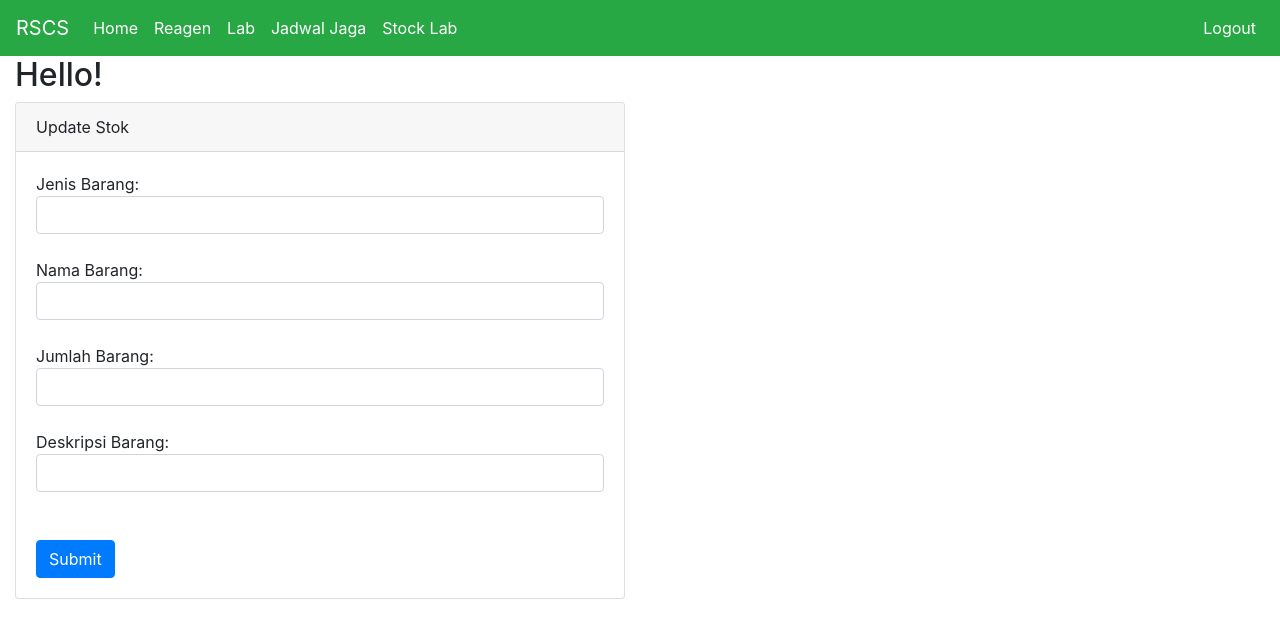
Repository: usamah1707/Tugas-Akhir-Kelompok-6
Page: http://localhost/update-stok
These files come from the project's save history. The page is drawn as it stood at one moment and after the next save; the edit follows.
The browser window is 1280 px wide. The pictures show the whole page.
The page is this project's Thymeleaf template; nobody is signed in. The template is opened directly, without the code that normally fills it, so the values that code supplies are empty.

Above is the page before, as saved 2019-06-04 06:06:40.

### TA_6/src/main/resources/templates/update-stok.html
<!DOCTYPE html>
<html xmlns:th="http://www.thymeleaf.org">

<head>
    <title>Update Stok</title>

    <object th:include="fragments/fragment :: css" th:remove="tag"></object>
    <object th:include="fragments/fragment :: js" th:remove="tag"></object>
</head>

<body>
    <nav th:replace="fragments/fragment :: navbar"></nav>

    <div class="container-fluid">
        <h2>Hello!</h2>
        <div class="row">
            <div class="col-md-6">
                <div class="card">
                    <div class="card-header">
                        Update Stok
                    </div>
                    <div class="card-body">
                        <form th:action="@{/lab/stok/ubah}" th:object="${stok}" method="POST">
                            <input type="hidden" name="id" th:value="${stok.id}" />
                            <!-- <input type="hidden" th:field="*{stok}" /> -->
                           Jenis Barang: <br>
                            <input type="text" th:value="${stok.jenisBarang}" name="jenisBarang" class="form-control"/>
                            <br>
                            Nama Barang: <br>
                            <input type="text" th:value="${stok.namaBarang}" name="namaBarang" class="form-control"/>
                            <br>
                            Jumlah Barang: <br>
                            <input type="number" th:value="${stok.jumlahBarang}" name="jumlahBarang" class="form-control"/>
                            <br>
                            Deskripsi Barang: <br>
                            <input type="text" th:value="${stok.deskripsiBarang}" name="deskripsiBarang" class="form-control"/>
                            <br><br>
                            <button type="submit" class="btn btn-primary">Submit</button>
                        </form>
                    </div>
                </div>
            </div>
        </div>
    </div>
</body>

</html>

### TA_6/src/main/resources/templates/fragments/fragment.html
<!DOCTYPE html>
<html xmlns:th="http://www.thymeleaf.org">

<head>
    <title>Home</title>
	<head th:fragment="metas">
		<meta charset="utf-8">
    	<meta name="viewport" content="width=device-width, initial-scale=1, shrink-to-fit=no">
	</head>
    <head th:fragment="css">
    	<link rel="stylesheet" th:href="@{/css/style.css}">
        <link rel="stylesheet" th:href="@{/css/bootstrap.min.css}">

    </head>

    <head th:fragment="js">
    	<script
  src="https://code.jquery.com/jquery-3.3.1.js"
  integrity="sha256-2Kok7MbOyxpgUVvAk/HJ2jigOSYS2auK4Pfzbm7uH60="
  crossorigin="anonymous"></script>
        <script th:src="@{/js/bootstrap.min.js}"></script>
    </head>
</head>

<body>
    <nav th:fragment="navbar" class="navbar navbar-expand-lg navbar-dark bg-success">
        <a class="navbar-brand" th:href="@{/}">RSCS</a>
        <div class="collapse navbar-collapse" id="navbarSupportedContent">
            <ul class="navbar-nav mr-auto">
                <li class="nav-item active">
                    <a class="nav-link" th:href="@{/}">Home</a>
                </li>

                <li class="nav-item active">
                    <a class="nav-link" th:href="@{/lab/kebutuhan}">Reagen</a>
                </li>
                 <li class="nav-item active">
                    <a class="nav-link" th:href="@{/lab/pemeriksaan}">Lab</a>
                </li>
                <li class="nav-item active">
                    <a class="nav-link" th:href="@{/lab/jadwal-jaga/hihu}">Jadwal Jaga</a>
                </li>
                 <li class="nav-item active">
                    <a class="nav-link" th:href="@{/lab/stok}">Stock Lab</a>
                </li>
            </ul>
            <ul class="navbar-nav pull-right">
            	<li class="nav-item active">
            		<a class="nav-link" th:href="@{/logout}">Logout</a>
            	</li>
            </ul>
        </div>
    </nav>
</body>

</html>

### TA_6/src/main/resources/static/css/style.css
body {
  background: #34495e;
  font: normal 300 18px "Roboto", sans-serif;
}

#menu-nav {
  max-width: 1000px;
  margin: 130px auto;
  background-color: #ecf0f1;
  border-radius: 4px;
  box-shadow: 0 2px 5px rgba(0, 0, 0, 0.3);
}

#navigation-bar ul {
  border-radius: 4px;
  overflow: hidden;
}
#navigation-bar li {
  float: left;
  width: 20%;
}
#navigation-bar li:hover a::before {
  right: 0;
  left: 0;
}
#navigation-bar a {
  color: #848484;
  font-size: 20px;
  text-decoration: none;
  text-align: center;
  padding: 20px 0;
  display: block;
  position: relative;
  transition: all 0.3s ease;
}
#navigation-bar a:hover {
  color: #e74c3c;
}
#navigation-bar a::before {
  content: "";
  transition: all 0.4s ease-in-out;
  position: absolute;
  right: 50%;
  left: 50%;
  bottom: 0;
  height: 2px;
  background-color: #e74c3c;
}
#navigation-bar a:hover::before {
  right: 0;
  left: 0;
}

li {
	list-style: none;
}

Loaded but not shown: TA_6/src/main/resources/static/css/bootstrap.min.css (library); TA_6/src/main/resources/static/js/bootstrap.min.js (library)

After the next save:
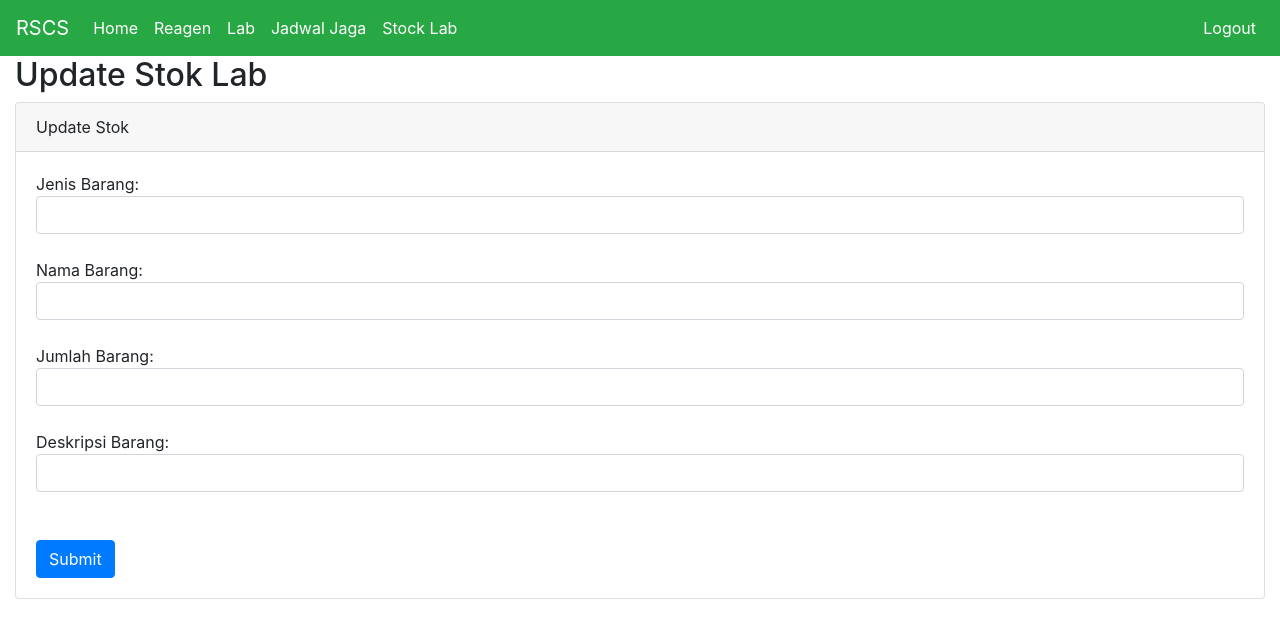
Saved 12 min 30 s later.
--- a/TA_6/src/main/resources/templates/update-stok.html
+++ b/TA_6/src/main/resources/templates/update-stok.html
@@ -12,9 +12,10 @@
     <nav th:replace="fragments/fragment :: navbar"></nav>
 
     <div class="container-fluid">
-        <h2>Hello!</h2>
+        <h2>Update Stok Lab</h2>
         <div class="row">
-            <div class="col-md-6">
+        <span class="col-md-3"></span>
+            <div class="col-md-12">
                 <div class="card">
                     <div class="card-header">
                         Update Stok
